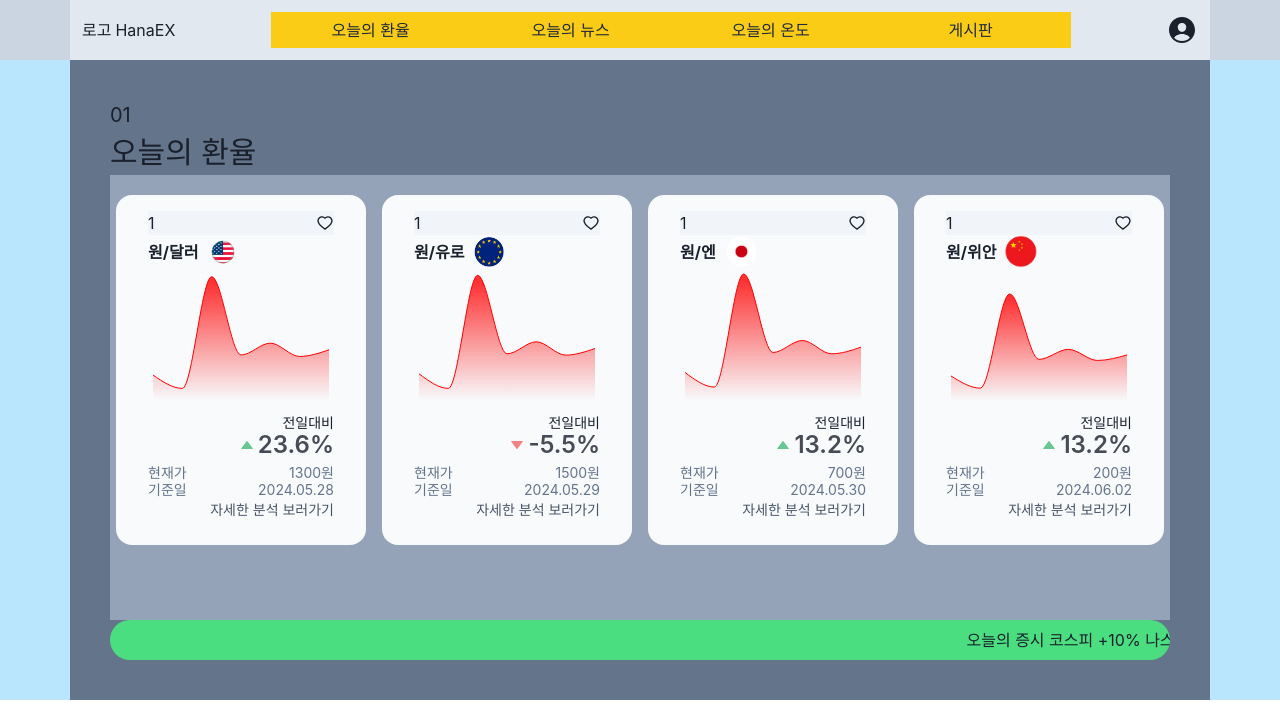
Repository: HANAEX/FRONT
Page: /
An editor plug-in stored every save of this project. The page is shown before and after the next save, followed by the edit.
The browser window is 1280 px wide. The pictures show the whole page.
The project was rebuilt for these pictures with package versions that can differ from the ones it lists, and the page was loaded fresh each time. Also part of the build but not shown: src/pages/LoginPage.js, src/pages/MyPage.js, src/components/Toggle.js, src/components/SementicCard.js, src/pages/SemanticPage.js, src/components/NewsCard.js, src/pages/NewsPage.js, src/components/CloudChart.js and 6 more.

Above is the page before, as saved 2024-08-13 19:46:21.

After the next save:
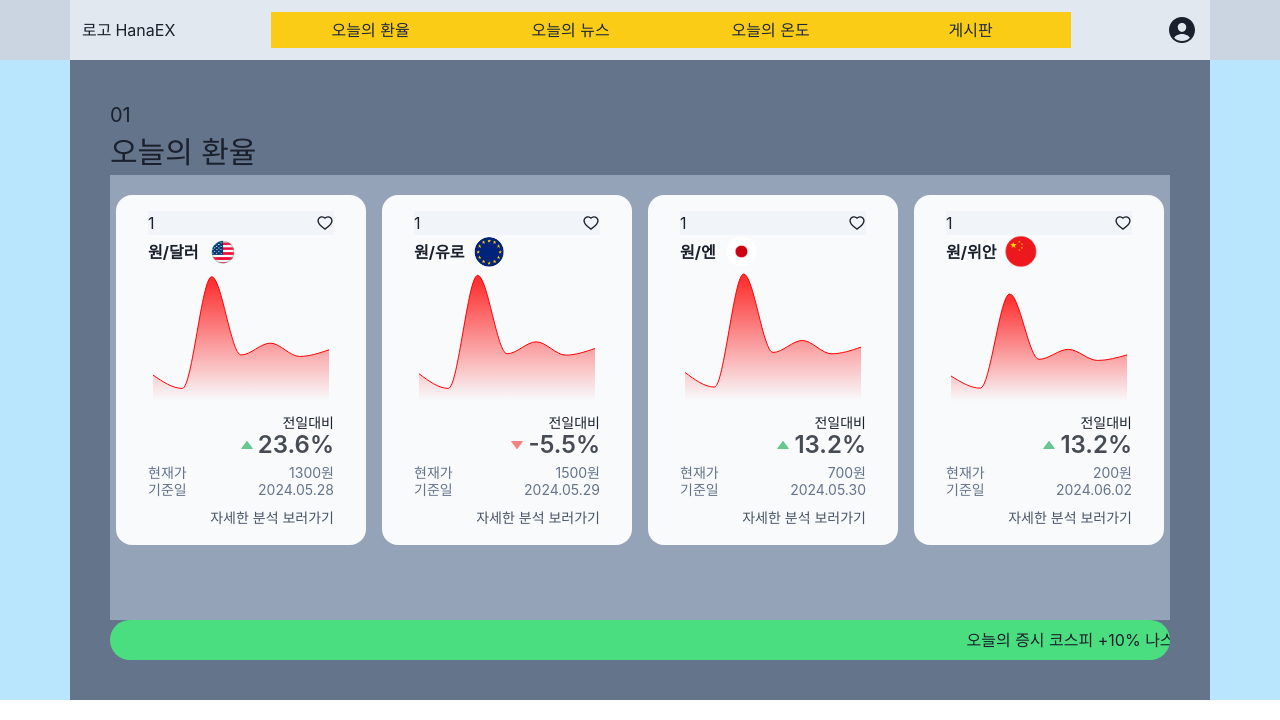
Saved 13 s later.
--- a/src/components/ChartCard.js
+++ b/src/components/ChartCard.js
@@ -74,7 +74,7 @@ const ChartCard = ({ name, increase, imageUrl, currentPrice, date, chartData })
         <Text fontSize='sm' lineHeight={1.2} className='text-slate-500'>기준일</Text>
         <Text fontSize='sm' lineHeight={1.2} className='text-slate-500'>{date}</Text>
       </div>
-      <Text fontSize={'sm'} className='flex justify-end text-slate-600'>자세한 분석 보러가기</Text>
+      <Text fontSize={'sm'} className='flex justify-end text-slate-600 py-2'>자세한 분석 보러가기</Text>
     </div>
   )
 }
